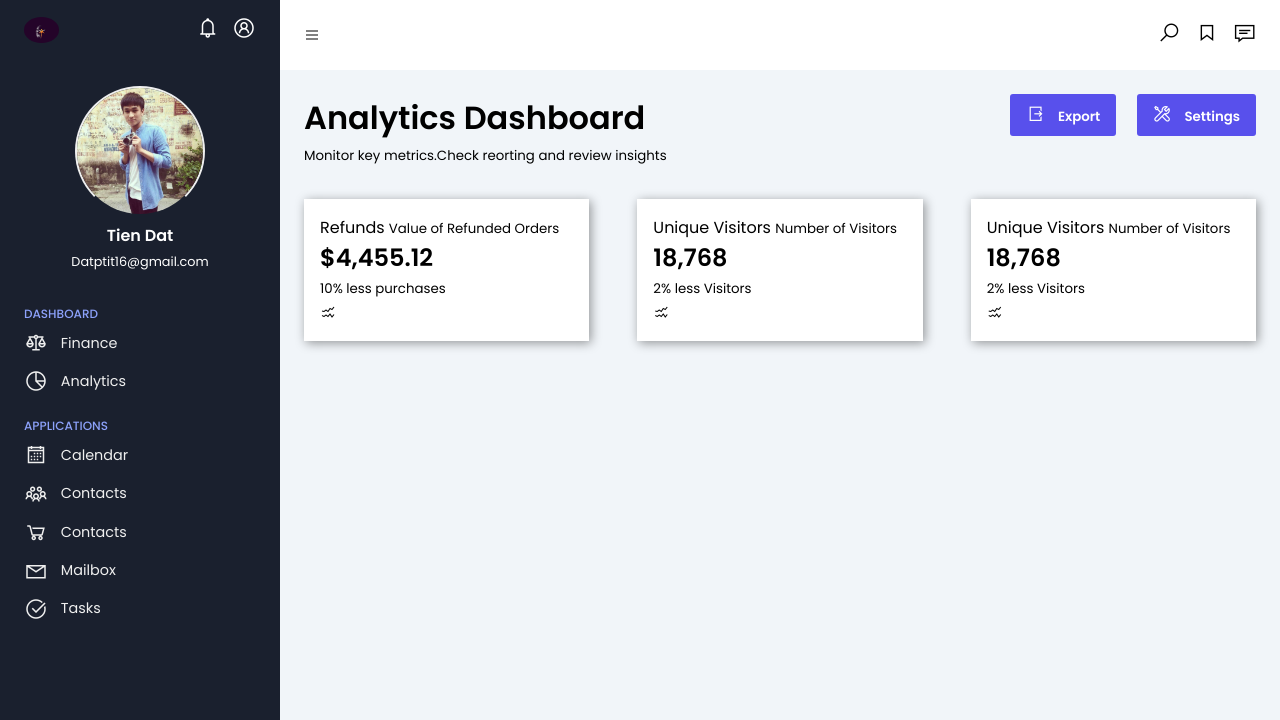
Repository: Datt21/dashboard-fe-project
Page: index.html
These files come from the project's save history. The page is drawn as it stood at one moment and after the next save; the edit follows.
The browser window is 1280 px wide. The pictures show the whole page.

Above is the page before, as saved 2021-06-08 18:54:23.

After the next save:
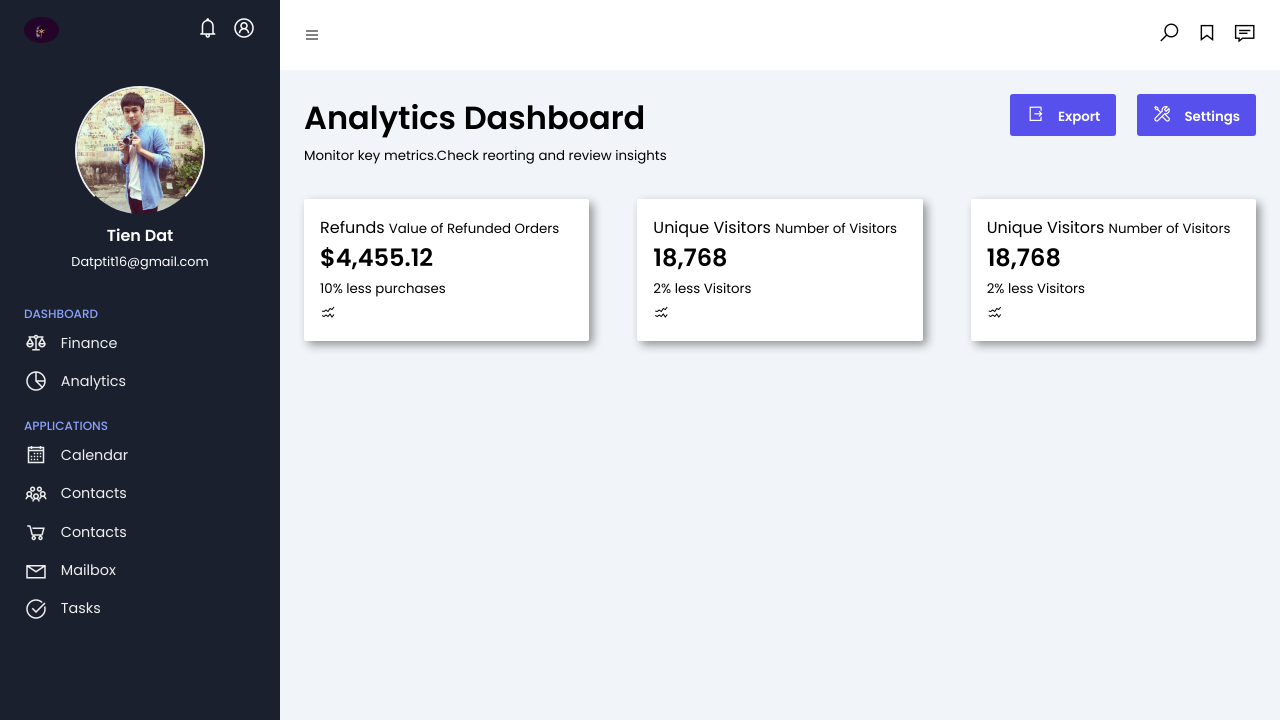
Saved 60 s later.
--- a/assets/css/style.css
+++ b/assets/css/style.css
@@ -172,5 +172,6 @@ main {
 .card__single{
     background: #fff;
     padding: 1rem;
-    box-shadow: 2px 2px 10px rgba(0,0,0,0.4) ;
+    box-shadow: 4px 4px 10px rgba(0,0,0,0.4) ;
+    border-radius: 2px;
 }
